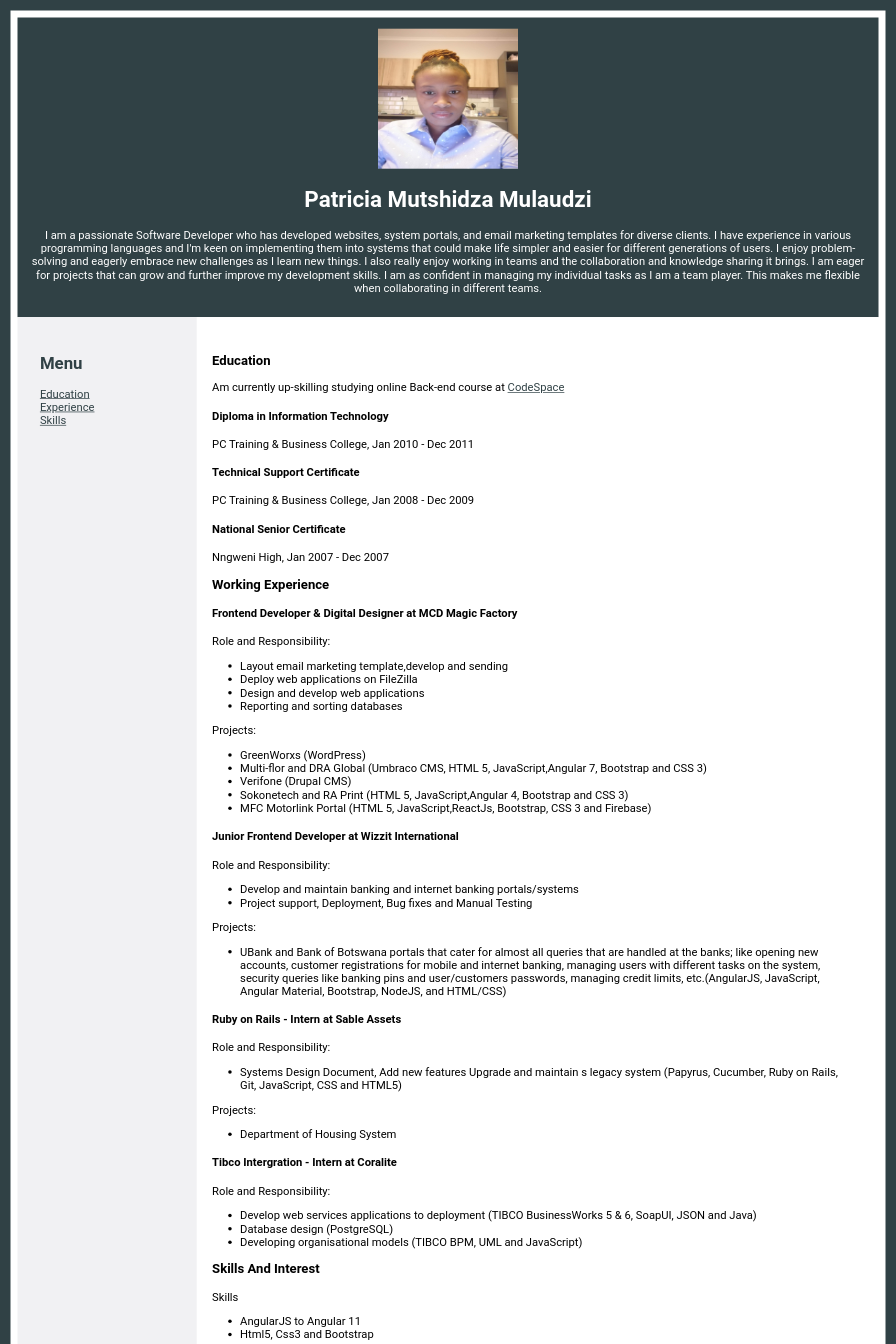
Repository: Patricious/Digital-Resume-01
Page: index.html
The author's editor kept a copy of each file at every save. The page is drawn from the files as they stood at one save, then again after the next save.
The browser window is 1280 px wide. The pictures show the part of the page from y = 0 to 1920 px (the page is 2501 px tall before and 2509 px after), at 70% of full size.
A picture or video elsewhere on the page could not be fetched, so the positions and the page height are approximate.

Above is the page before, as saved 2021-08-23 11:10:05.

### index.html
<!DOCTYPE html>
<html>

<head>
    <title>Patricia Digital Resume</title>
    <link rel="stylesheet" type="text/css" href="css/stylesheet.css">
</head>

<body scroll="yes">

    <header>
        <img src="img/IMG_20200502_085519.jpg" alt="profile" width="200" height="200" />
        <h1>Patricia Mutshidza Mulaudzi</h1>
        <p>I am a passionate Software Developer who has developed websites, system portals, and email marketing templates for diverse clients. I have experience in various programming languages and I'm keen on implementing them into systems that could make
            life simpler and easier for different generations of users. I enjoy problem-solving and eagerly embrace new challenges as I learn new things. I also really enjoy working in teams and the collaboration and knowledge sharing it brings. I am
            eager for projects that can grow and further improve my development skills. I am as confident in managing my individual tasks as I am a team player. This makes me flexible when collaborating in different teams.</p>
    </header>
    <aside>
        <h2>Menu</h2>
        <ul class="nav">
            <li>
                <a href="#education">Education</a>
            </li>
            <li>
                <a href="#experience">Experience</a>
            </li>
            <li>
                <a href="#skills">Skills</a>
            </li>

        </ul>
    </aside>
    <section>
        <article>
            <h3 id="#education"> <span>Education</span>
            </h3>
            <p> Am currently up-skilling studying online Back-end course at
                <a href="https://www.codespace.co.za/courses/?matchtype=b&device=c&keyword=codespace&adgroupid=81088003381&utm_campaign=8148639553&utm_source=google&utm_medium=cpc&gclid=EAIaIQobChMIkP_7q8bG8gIV1uvtCh0w7A1-EAAYASAAEgL34vD_BwE"> CodeSpace</a>
            </p>

            <h4>Diploma in Information Technology </h4>

            <p>PC Training & Business College, Jan 2010 - Dec 2011</p>
            <h4>Technical Support Certificate </h4>


            <p>PC Training & Business College, Jan 2008 - Dec 2009</p>

            <h4>National Senior Certificate</h4>


            <p>Nngweni High, Jan 2007 - Dec 2007</p>


            <h3 id="#experience"> Working Experience</h3>
            <h4>Frontend Developer & Digital Designer at MCD Magic Factory
            </h4>
            <p>Role and Responsibility:</p>
            <ul>
                <li>Layout email marketing template,develop and sending</li>
                <li> Deploy web applications on FileZilla</li>
                <li>Design and develop web applications</li>
                <li>Reporting and sorting databases</li>
            </ul>
            <p>Projects:</p>
            <ul>
                <li>GreenWorxs (WordPress)</li>
                <li>Multi-flor and DRA Global (Umbraco CMS, HTML 5, JavaScript,Angular 7, Bootstrap and CSS 3)</li>
                <li>Verifone (Drupal CMS)</li>
                <li>Sokonetech and RA Print (HTML 5, JavaScript,Angular 4, Bootstrap and CSS 3)</li>
                <li>MFC Motorlink Portal (HTML 5, JavaScript,ReactJs, Bootstrap, CSS 3 and Firebase)</li>
            </ul>

            <h4>Junior Frontend Developer at Wizzit International
            </h4>
            <p>Role and Responsibility:</p>
            <ul>
                <li>Develop and maintain banking and internet banking portals/systems</li>
                <li>Project support, Deployment, Bug fixes and Manual Testing</li>

            </ul>
            <p>Projects:</p>
            <ul>
                <li>UBank and Bank of Botswana portals that cater for almost all queries that are handled at the banks; like opening new accounts, customer registrations for mobile and internet banking, managing users with different tasks on the system, security
                    queries like banking pins and user/customers passwords, managing credit limits, etc.(AngularJS, JavaScript, Angular Material, Bootstrap, NodeJS, and HTML/CSS)</li>
            </ul>

            <h4>Ruby on Rails - Intern at Sable Assets
            </h4>
            <p>Role and Responsibility:</p>
            <ul>
                <li>Systems Design Document, Add new features Upgrade and maintain s legacy system (Papyrus, Cucumber, Ruby on Rails, Git, JavaScript, CSS and HTML5)</li>

            </ul>
            <p>Projects:</p>
            <ul>
                <li>Department of Housing System</li>
            </ul>

            <h4>Tibco Intergration - Intern at Coralite
            </h4>
            <p>Role and Responsibility:</p>
            <ul>
                <li>Develop web services applications to deployment (TIBCO BusinessWorks 5 & 6, SoapUI, JSON and Java)
                </li>
                <li>Database design (PostgreSQL)</li>
                <li>Developing organisational models (TIBCO BPM, UML and JavaScript)</li>
            </ul>


            <h3 id="#skills">Skills And Interest</h3>
            <p>Skills</p>
            <ul>
                <li>AngularJS to Angular 11</li>
                <li>Html5, Css3 and Bootstrap</li>
                <li>ReactJs, JavaScript, TypeScript, NodeJS and Firebase</li>
                <li>Adobe Photoshop, Dreamweaver, XD and InDesign</li>
            </ul>
            <p>Interest </p>
            <ul>
                <li>Travelling and outdoor activities</li>
            </ul>
        </article>
    </section>


    <footer>
        <h2>Contact Details</h2>
        <a href="https://www.linkedin.com/in/patricia-mulaudzi-93b526101/"><img src="In.jpeg" alt="LinkedIN"></a>
        <a href=""><img src="fb.png" alt="Facebook"></a>
        <a href="mailto:mulaudzi689@gmail.com"><img src="Gm.png" alt="Gmail"></a>
    </footer>
</body>

</html>

### css/stylesheet.css
    body {
        font-family: 'Roboto', sans-serif;
        font-size: 100%;
        background-color: #ffffff;
        margin: 10px;
        overflow-y: scroll;
    }

    html {
        border: 15px solid #304145;
    }

    header {
        text-align: center;
        background-color: #304145;
        color: #ffffff;
        padding: 1em;
    }

    aside {
        background-color: #F1F1F3;
        color: #304145;
        width: 15%;
        padding: 2em;
        height: 243%;
        float: left;
        position: absolute;
        flex: 0 0 auto;
    }

    .nav {
        list-style-type: none;
        margin: 0;
        padding: 0;
    }

    a {
        color: #304145;
    }

    section {
        margin-left: 20%;
        background-color: #ffffff;
        padding: 2em;
    }

    footer {
        background-color: #304145;
        text-align: center;
        color: #ffffff;
        padding: 1em;
    }

After the next save:
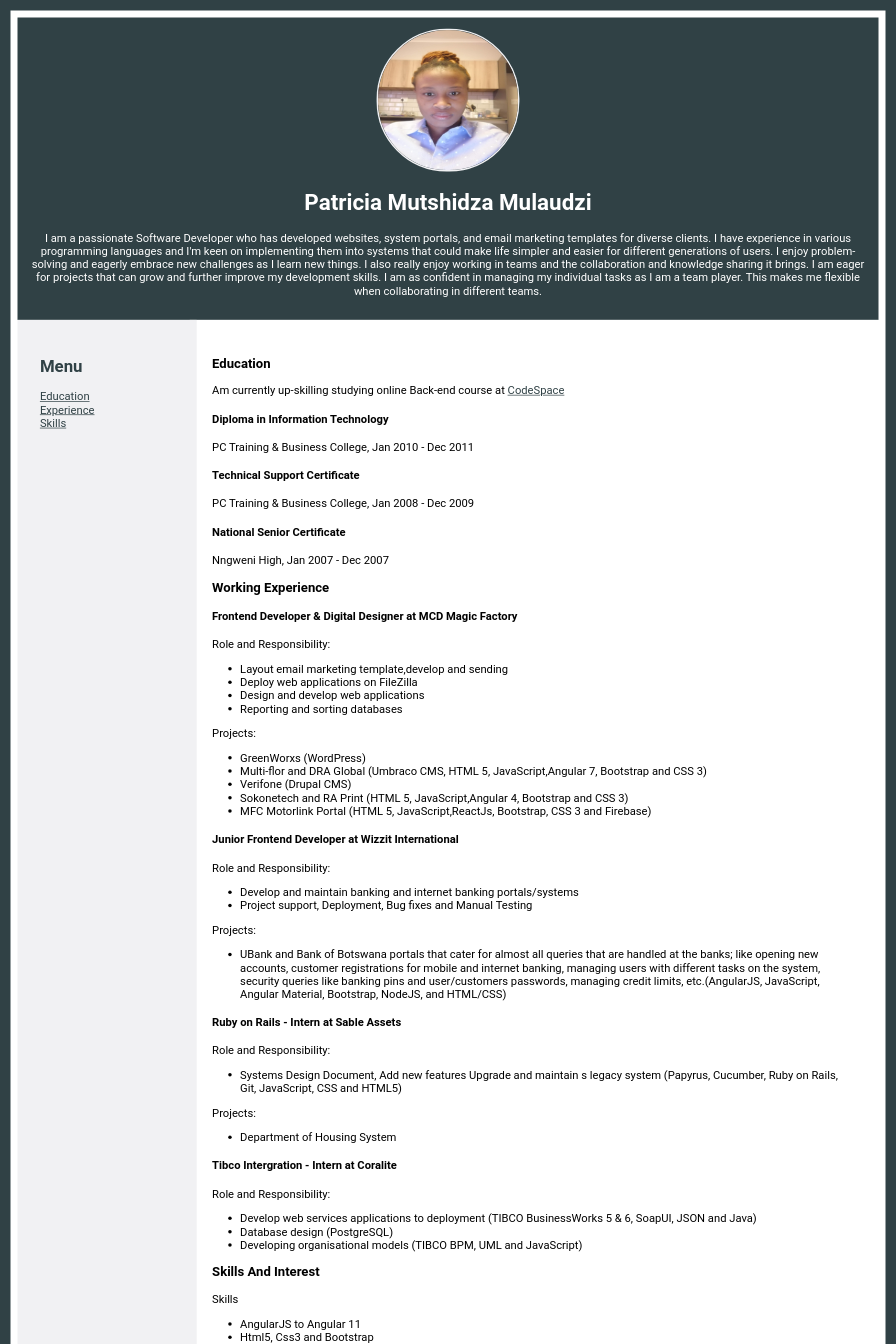
Saved 28 s later.
--- a/css/stylesheet.css
+++ b/css/stylesheet.css
@@ -28,6 +28,11 @@
         flex: 0 0 auto;
     }
 
+    img {
+        border-radius: 100px;
+        border: 2px solid #F1F1F3;
+    }
+
     .nav {
         list-style-type: none;
         margin: 0;
